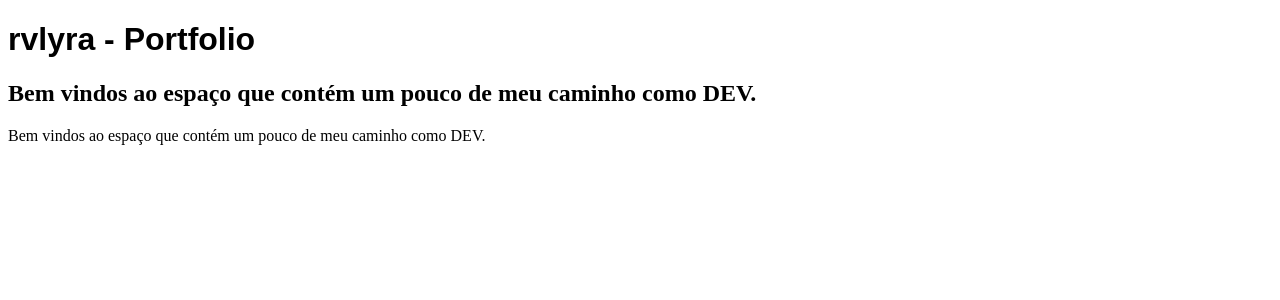
Repository: rvlyra/splash-screen-rvlyra
Page: Portfolio-RVLYRA/public/index.html
An editor plug-in stored every save of this project. The page is shown before and after the next save, followed by the edit.
The browser window is 1280 px wide. The pictures show the whole page.
Some web fonts or font styles are not loaded; a fallback is used.

Above is the page before, as saved 2022-07-06 09:15:22.

### Portfolio-RVLYRA/public/index.html
<!DOCTYPE html>
<html lang="en">
<head>
    <meta charset="UTF-8">
    <meta http-equiv="X-UA-Compatible" content="IE=edge">
    <meta name="viewport" content="width=device-width, initial-scale=1.0">
    <link rel="stylesheet" href="../assets/src/css/rl.main.css">
    <title>rvlyra @ Portfolio</title>
</head>
<body>
    <header class="header">
        <h1>rvlyra - Portfolio</h1>
    </header>

    <section>
        <h2>Bem vindos ao espaço que contém um pouco de meu caminho como DEV.</h2>
        <p>Bem vindos ao espaço que contém um pouco de meu caminho como DEV.</p>
        <p></p>
    </section>
    <section></section>
    <section></section>

</body>
</html>

### Portfolio-RVLYRA/assets/src/css/rl.main.css
@import url('https://fonts.googleapis.com/css2?family=Mingzat&display=swap');

setcion, header {
    font-family: 'Mingzat', sans-serif;
}

After the next save:
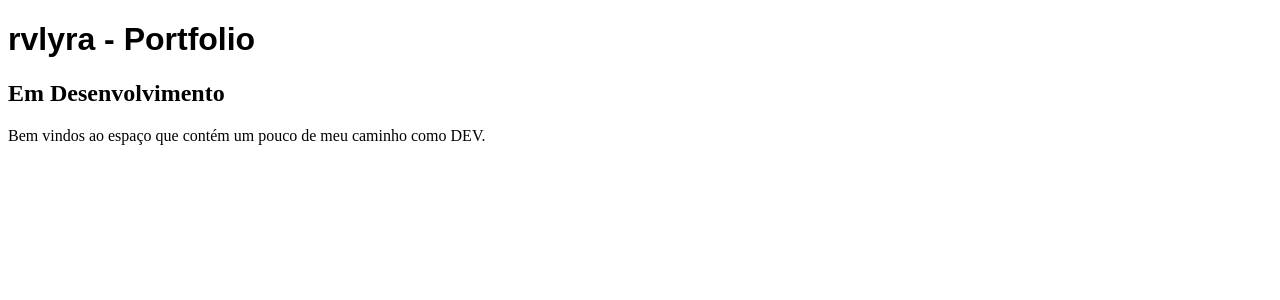
Saved 33 s later.
--- a/Portfolio-RVLYRA/public/index.html
+++ b/Portfolio-RVLYRA/public/index.html
@@ -13,7 +13,7 @@
     </header>
 
     <section>
-        <h2>Bem vindos ao espaço que contém um pouco de meu caminho como DEV.</h2>
+        <h2>Em Desenvolvimento</h2>
         <p>Bem vindos ao espaço que contém um pouco de meu caminho como DEV.</p>
         <p></p>
     </section>
